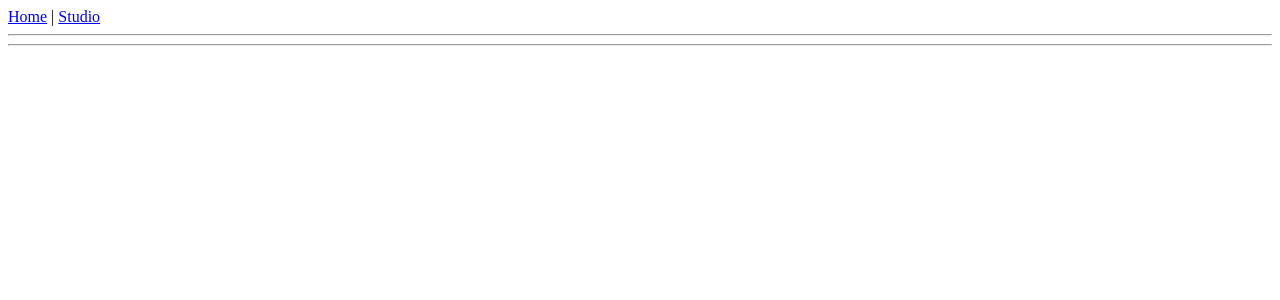
Repository: parkh899/parkh899.github.io
Page: studio/favicon.html
The author's editor kept a record of every edit. The page is drawn from the files as they stood at one moment, then again after the next edit.
The browser window is 1280 px wide. The pictures show the whole page.

Above is the page before.

After the next edit:
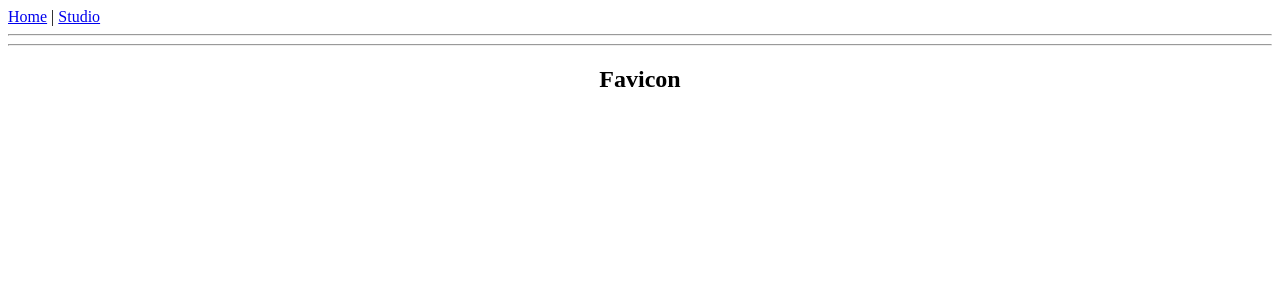
The edit:
--- a/studio/favicon.html
+++ b/studio/favicon.html
@@ -5,5 +5,10 @@
     <hr>
     <hr>
 
+    <center>
+
+        <h2>Favicon</h2>
+
+    </center>
 
 </html>
